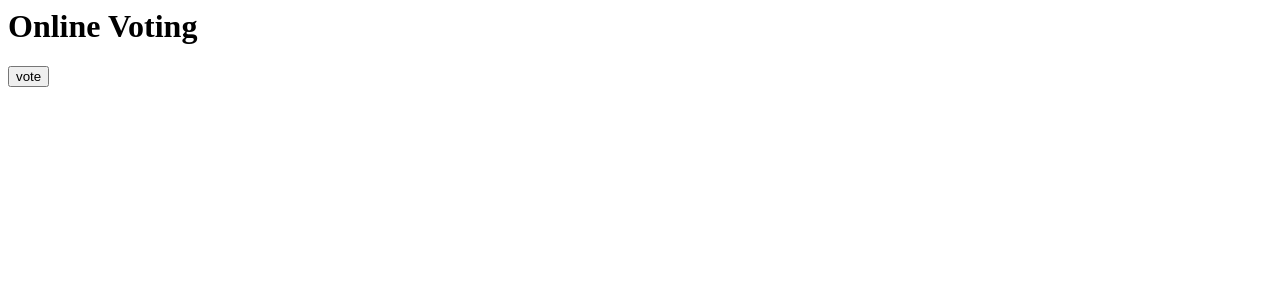
Repository: bhageshchincholi/AdvanceJava
Page: http://localhost/Election/candidateList
These files come from the project's save history. The page is drawn as it stood at one moment and after the next save; the edit follows.
The browser window is 1280 px wide. The pictures show the whole page.
The page is served by Tomcat 9. Other server files are loaded and not shown. Queries for data that is not in the repository find no rows.

Above is the page before, as saved 2024-06-08 14:47:31.

### Election/Election/src/main/java/com/election/Servlets/CandidateServlet.java
package com.election.Servlets;

import java.io.IOException;
import java.io.PrintWriter;
import java.util.ArrayList;
import java.util.List;

import javax.servlet.ServletException;
import javax.servlet.annotation.WebServlet;
import javax.servlet.http.Cookie;
import javax.servlet.http.HttpServlet;
import javax.servlet.http.HttpServletRequest;
import javax.servlet.http.HttpServletResponse;

import com.election.DAO.CandidateDAO;
import com.election.DAO.CandidateDaoImpl;
import com.election.entity.Candidate;

//@WebServlet("/candidateList");
public class CandidateServlet extends HttpServlet {

	@Override
	protected void doGet(HttpServletRequest request, HttpServletResponse response) throws ServletException, IOException {
		processRequest(request, response);
	}

	@Override
	protected void doPost(HttpServletRequest request, HttpServletResponse response) throws ServletException, IOException {
		processRequest(request, response);
	}

	protected void processRequest(HttpServletRequest request, HttpServletResponse response) throws ServletException , IOException
	{
		List<Candidate> candidateList = new ArrayList<Candidate>();
		try(CandidateDAO candidate = new CandidateDaoImpl())
		{
			 candidateList = candidate.findAll();
		}
		catch(Exception e)
		{
			e.printStackTrace();
			throw new ServletException(e);
		}

		response.setContentType("text/html");
		PrintWriter out = response.getWriter();
		out.println("<html>");
		out.println("<head>");
		out.println("<title>Candidate List</title>");
		out.println("</head>");
		out.println("<body>");
		out.println("<h1>Online Voting</h1>");

		String username = "";
		Cookie[] arr = request.getCookies();
		if(arr != null)
		{
			for(Cookie c : arr)
			{
				if(c.getName().equals("uname"))
				{
					username = c.getValue();
					break;
				}
			}
		}
		out.println("<form method='post' action='vote'>");
		for(Candidate c: candidateList)
		{
			out.printf("<input type = 'radio' name= 'candidate' value='%d'/> %s (%s) <br/> \n",c.getId(), c.getName(), c.getParty());;
		}
		out.println("<input type='submit' value='vote'/>");
		out.println("</body>");
		out.println("</html>");
	}

}

### Election/Election/src/main/java/com/election/DAO/DAO.java
package com.election.DAO;

import java.sql.Connection;
import java.sql.SQLException;

import com.election.utils.DBUtil;

public class DAO {

	protected Connection connection;
	public DAO() throws Exception {
		connection = DBUtil.getConnection();
	}
	public void close() {
		try {
			if(connection != null)
				connection.close();
		} catch (SQLException e) {
			e.printStackTrace();
		}
	}
}

### Election/Election/src/main/java/com/election/DAO/CandidateDaoImpl.java
package com.election.DAO;

import java.sql.PreparedStatement;
import java.sql.ResultSet;
import java.util.ArrayList;
import java.util.List;

import com.election.entity.Candidate;
public class CandidateDaoImpl extends DAO implements CandidateDAO {

	public CandidateDaoImpl() throws Exception {
	}
	public int deleteById(int id) throws Exception {
		String sql = "DELETE FROM candidates WHERE id=?";
		try(PreparedStatement stmt = connection.prepareStatement(sql)) {
			stmt.setInt(1, id);
			int cnt = stmt.executeUpdate();
			return cnt;
		} //stmt.close();
	}
	public List<Candidate> findAll() throws Exception {
		List<Candidate> list = new ArrayList<>();
		String sql = "SELECT * FROM candidates";
		try(PreparedStatement stmt = connection.prepareStatement(sql)) {
			try(ResultSet rs = stmt.executeQuery()) {
				while(rs.next()) {
					int id = rs.getInt("id");
					String name = rs.getString("name");
					String party = rs.getString("party");
					int votes = rs.getInt("votes");
					Candidate c = new Candidate(id, name, party, votes);
					list.add(c);
				}
			} // rs.close();
		} // stmt.close();
		return list;
	}
	public int incrementVote(int candidateId) throws Exception {
		String sql = "UPDATE candidates SET votes=votes+1 WHERE id=?";
		try(PreparedStatement stmt = connection.prepareStatement(sql)) {
			stmt.setInt(1, candidateId);
			int cnt = stmt.executeUpdate();
			return cnt;
		} //stmt.close();
	}
	public List<Candidate> findByParty(String givenParty) throws Exception {
		List<Candidate> list = new ArrayList<>();
		String sql = "SELECT * FROM candidates WHERE party=?";
		try(PreparedStatement stmt = connection.prepareStatement(sql)) {
			stmt.setString(1, givenParty);
			try(ResultSet rs = stmt.executeQuery()) {
				while(rs.next()) {
					int id = rs.getInt("id");
					String name = rs.getString("name");
					String party = rs.getString("party");
					int votes = rs.getInt("votes");
					Candidate c = new Candidate(id, name, party, votes);
					list.add(c);
				}
			} // rs.close();
		} // stmt.close();
		return list;
	}
	public int save(Candidate c) throws Exception {
		String sql = "INSERT INTO candidates VALUES(default, ?, ?, ?)";
		try(PreparedStatement stmt = connection.prepareStatement(sql)) {
			stmt.setString(1, c.getName());
			stmt.setString(2, c.getParty());
			stmt.setInt(3, c.getVotes());
			return stmt.executeUpdate();
		} // stmt.close();
	}
	public int update(Candidate c) throws Exception {
		String sql = "UPDATE candidates SET name=?, party=?, votes=? WHERE id=?";
		try(PreparedStatement stmt = connection.prepareStatement(sql)) {
			stmt.setString(1, c.getName());
			stmt.setString(2, c.getParty());
			stmt.setInt(3, c.getVotes());
			stmt.setInt(4, c.getId());
			return stmt.executeUpdate();
		} // stmt.close();
	}
	public List<Candidate> getCandidatewiseVotes() throws Exception {
		List<Candidate> list = new ArrayList<>();
		String sql = "SELECT * FROM candidates ORDER BY votes DESC";
		try(PreparedStatement stmt = connection.prepareStatement(sql)) {
			try(ResultSet rs = stmt.executeQuery()) {
				while(rs.next()) {
					int id = rs.getInt("id");
					String name = rs.getString("name");
					String party = rs.getString("party");
					int votes = rs.getInt("votes");
					Candidate c = new Candidate(id, name, party, votes);
					list.add(c);
				}
			} // rs.close();
		} // stmt.close();
		return list;
	}
}

### Election/Election/src/main/java/com/election/utils/DBUtil.java
package com.election.utils;

import java.sql.Connection;
import java.sql.DriverManager;
import java.sql.SQLException;

public class DBUtil {

	public static final String DB_DRIVER = "com.mysql.cj.jdbc.Driver";
	public static final String DB_URL = "jdbc:mysql://localhost:3306/electiondb";
	public static final String DB_USER = "root";
	public static final String DB_PASSWD = "manager";


	//  if db driver is not present then it will exit
	static {
		try {
			Class.forName(DB_DRIVER);
		} catch (ClassNotFoundException e) {
			e.printStackTrace();
			System.exit(1);
		}
	}

	public static Connection getConnection() throws SQLException {
		Connection connection = DriverManager.getConnection(DB_URL, DB_USER, DB_PASSWD);
		return connection;
	}

}

After the next save:
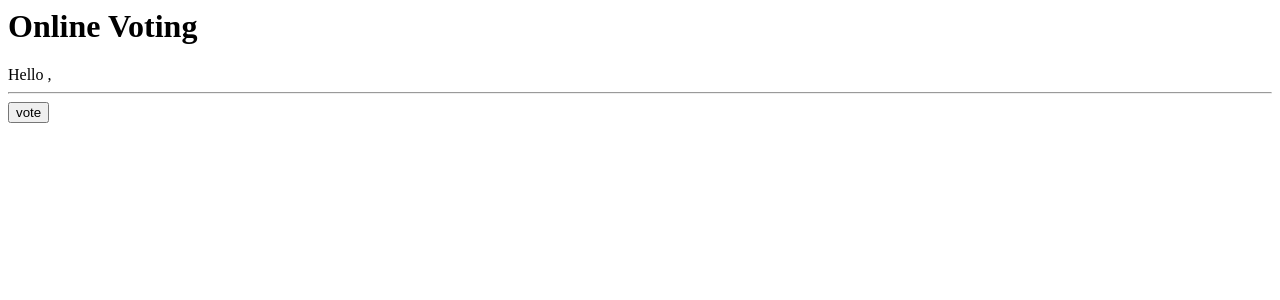
Saved 46 s later.
--- a/Election/Election/src/main/java/com/election/Servlets/CandidateServlet.java
+++ b/Election/Election/src/main/java/com/election/Servlets/CandidateServlet.java
@@ -64,6 +64,8 @@ public class CandidateServlet extends HttpServlet {
 				}
 			}
 		}
+
+		out.printf("Hello , %s<hr>\n",username);
 		out.println("<form method='post' action='vote'>");
 		for(Candidate c: candidateList)
 		{
